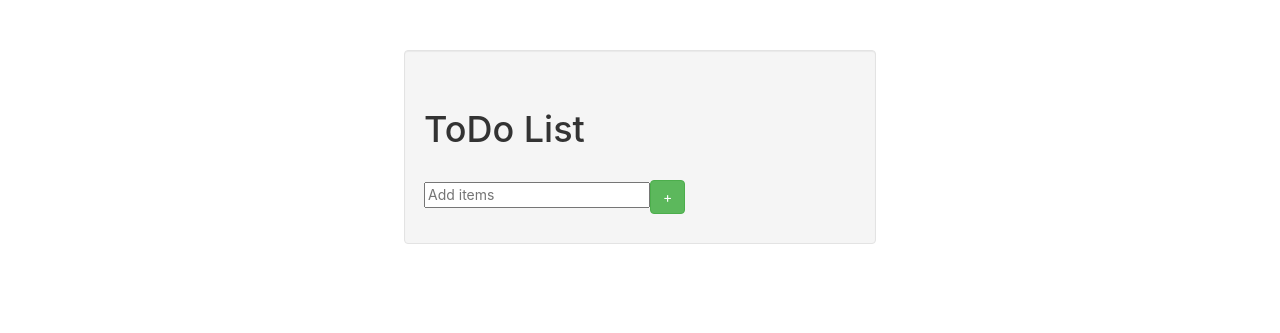
Repository: arpana23/Todo-list
Page: /
These files come from the project's save history. The page is drawn as it stood at one moment and after the next save; the edit follows.
The browser window is 1280 px wide. The pictures show the whole page.
Some web libraries are served in a nearby version. The project was rebuilt for these pictures with package versions that can differ from the ones it lists, and the page was loaded fresh each time. Also part of the build but not shown: src/Todolist.js.

Above is the page before, as saved 2021-04-14 17:52:18.

After the next save:
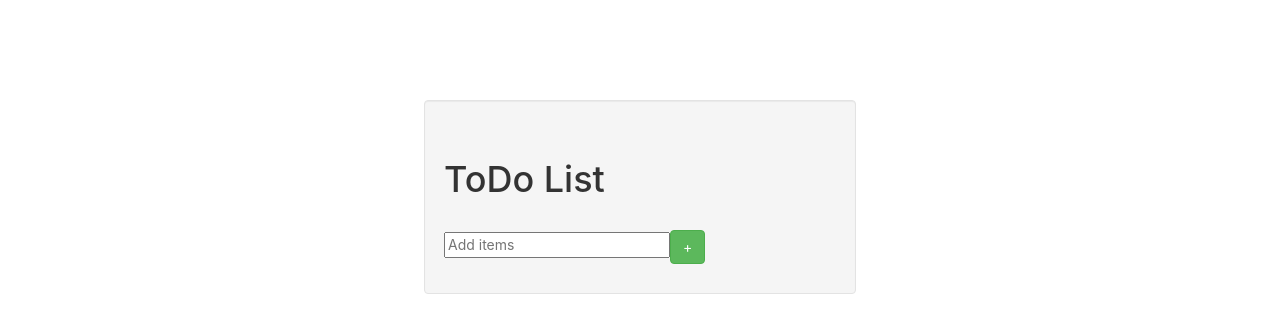
Saved 24 s later.
--- a/src/App.css
+++ b/src/App.css
@@ -12,7 +12,7 @@
   display: flex;
   flex-direction: column;
   align-items: center;
-  margin: 50px;
+  margin: 100px;
 }
 
 .well {
